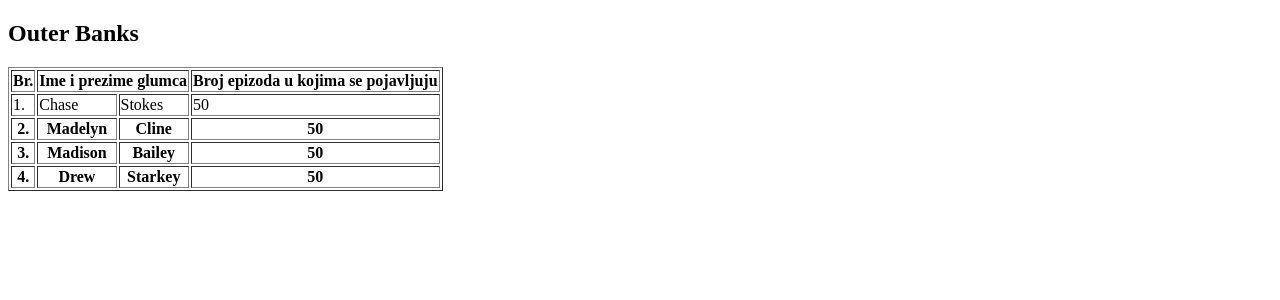
Repository: larabiondic/wp_biondic_lara
Page: Domace zadace/Zadaća.2.html
An editor plug-in stored every save of this project. The page is shown before and after the next save, followed by the edit.
The browser window is 1280 px wide. The pictures show the whole page.

Above is the page before, as saved 2025-11-03 20:09:03.

### Domace zadace/Zadaća.2.html
<!DOCTYPE html>
<html lang="en">
<head>
    <meta name="viewport" content="width=device-width, initial-scale=1.0">
    <meta name="description" content="Zadaća 2.">
    <meta name="keywords" content="HTML, CSS, JavaScript">
    <meta name="author" content="Lara Biondić">
    <title>Zadaća 2.</title>
</head>
<body>
    <h2>Outer Banks</h2>
    <table border="1">
        <tr>
            <th>Br.</th>
            <th colspan="2">Ime i prezime glumca</th>
            <th>Broj epizoda u kojima se pojavljuju</th>
        </tr>
        <tr>
            <td>1.</td>
            <td>Chase</td>
            <td>Stokes</td>
            <td>50</td>
        </tr>
        <tr>
            <th>2.</th>
            <th>Madelyn</th>
            <th>Cline</th>
            <th>50</th>
        </tr>
        <tr>
            <th>3.</th>
            <th>Madison</th>
            <th>Bailey</th>
            <th>50</th>
        </tr>
        <tr>
            <th>4.</th>
            <th>Drew</th>
            <th>Starkey</th>
            <th>50</th>
        </tr>

    </table>
</body>
</html>

After the next save:
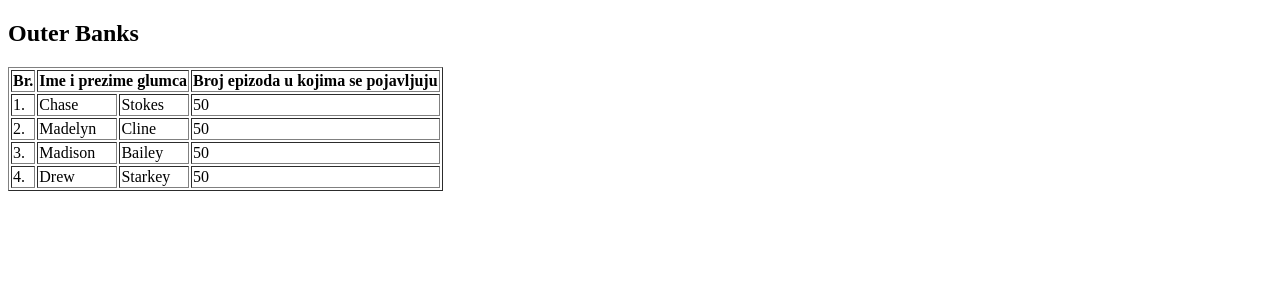
Saved 86 s later.
--- a/Domace zadace/Zadaća.2.html
+++ b/Domace zadace/Zadaća.2.html
@@ -22,22 +22,22 @@
             <td>50</td>
         </tr>
         <tr>
-            <th>2.</th>
-            <th>Madelyn</th>
-            <th>Cline</th>
-            <th>50</th>
+            <td>2.</td>
+            <td>Madelyn</td>
+            <td>Cline</td>
+            <td>50</td>
         </tr>
         <tr>
-            <th>3.</th>
-            <th>Madison</th>
-            <th>Bailey</th>
-            <th>50</th>
+            <td>3.</td>
+            <td>Madison</td>
+            <td>Bailey</td>
+            <td>50</td>
         </tr>
         <tr>
-            <th>4.</th>
-            <th>Drew</th>
-            <th>Starkey</th>
-            <th>50</th>
+            <td>4.</td>
+            <td>Drew</td>
+            <td>Starkey</td>
+            <td>50</td>
         </tr>
 
     </table>
